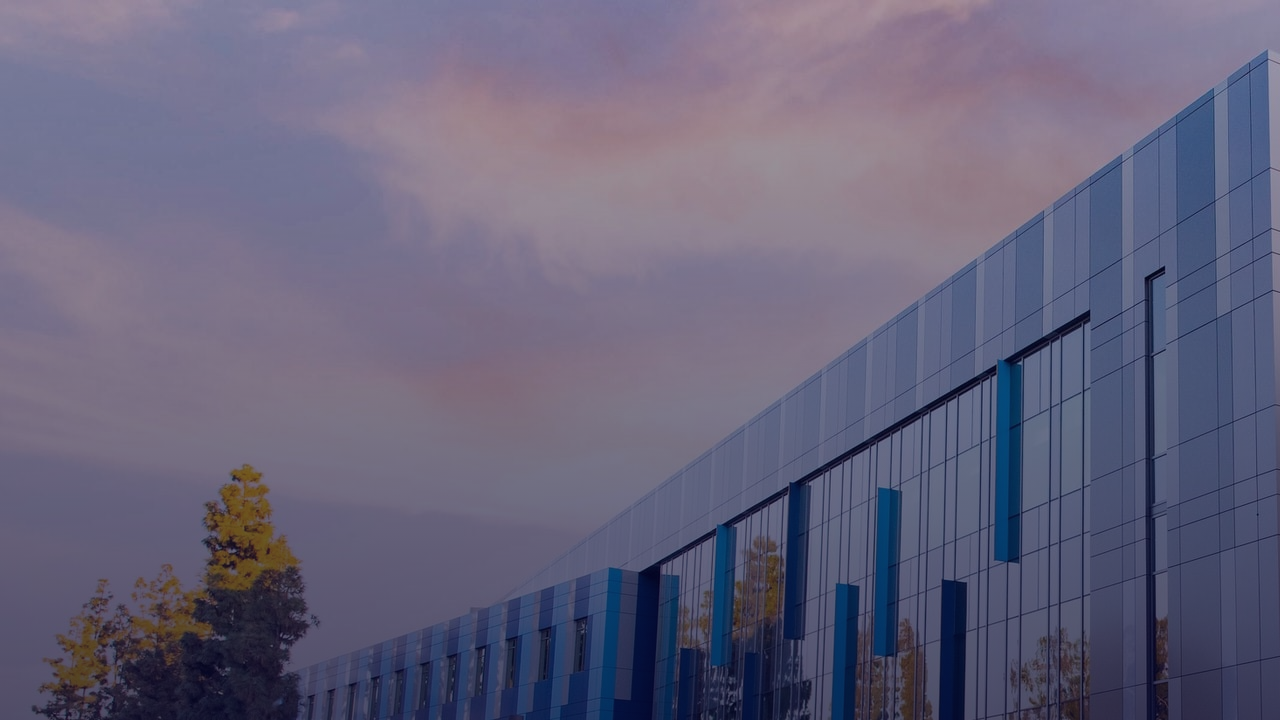
Repository: NamanSahu09/VidyaPreet-Ed-Tech-Website
Page: frontpage.html
The author's editor kept a copy of each file at every save. The page is drawn from the files as they stood at one save, then again after the next save.
The browser window is 1280 px wide. The pictures show the whole page.

Above is the page before, as saved 2024-04-15 10:58:05.

After the next save:
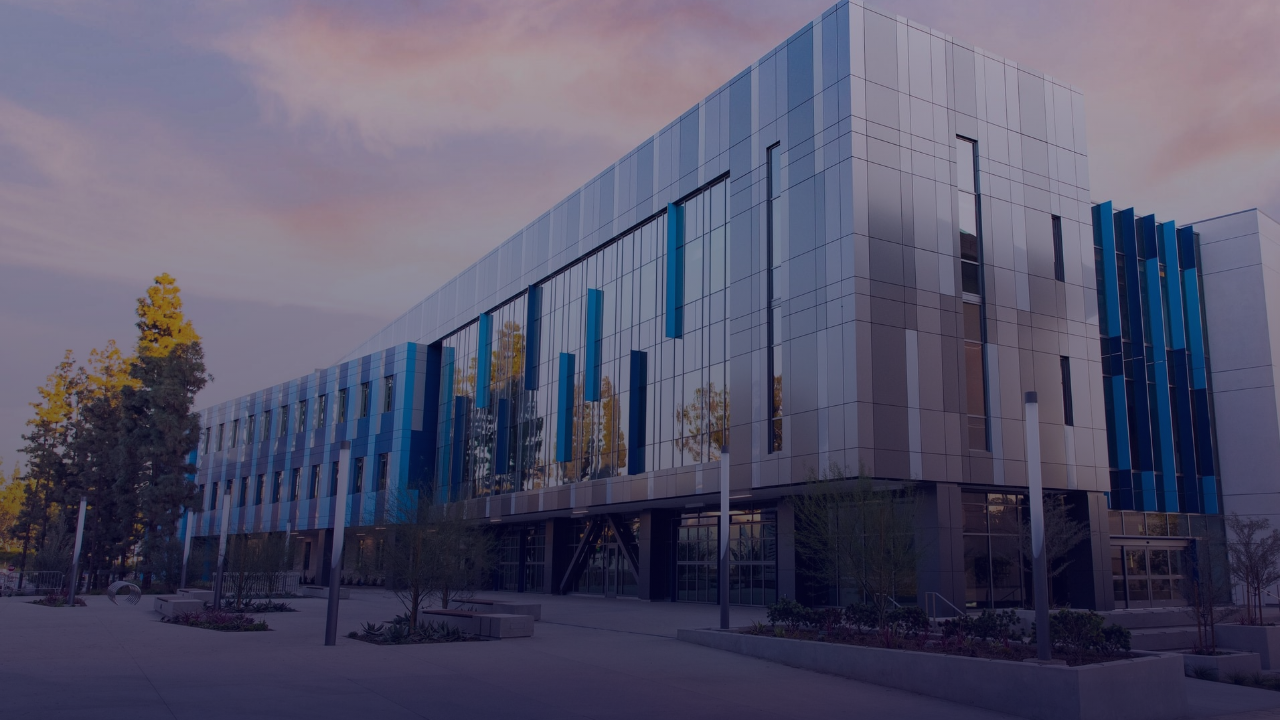
Saved 7 s later.
--- a/frontpage.css
+++ b/frontpage.css
@@ -12,7 +12,8 @@
 
   width: 100%;
   height: 100vh;
-
+  background-size: cover;
+	background-position: center center;
 
 
 }
